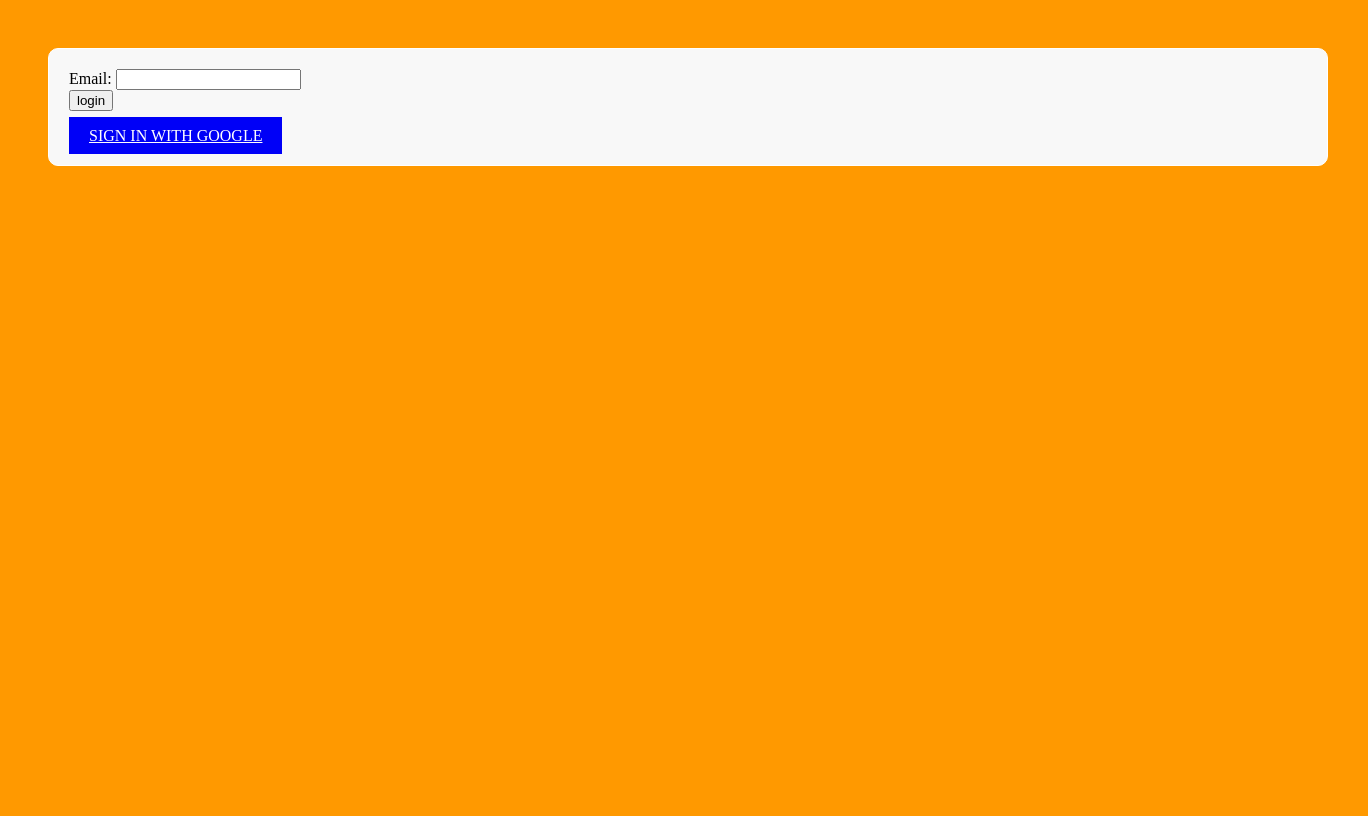
Repository: TharanyaM/Adaptavant--project
Page: Project/war/index.html
An editor plug-in stored every save of this project. The page is shown before and after the next save, followed by the edit.
The browser window is 1280 px wide. The page is 1368 px wide, so the pictures cover 1368 px, including what lies to the right of the window. The pictures show the whole page.

Above is the page before, as saved 2015-10-23 20:56:11.

### Project/war/index.html
<!DOCTYPE HTML PUBLIC "-//W3C//DTD HTML 4.01 Transitional//EN">
<!-- The HTML 4.01 Transitional DOCTYPE declaration-->
<!-- above set at the top of the file will set     -->
<!-- the browser's rendering engine into           -->
<!-- "Quirks Mode". Replacing this declaration     -->
<!-- with a "Standards Mode" doctype is supported, -->
<!-- but may lead to some differences in layout.   -->

<html>
  <head>
    <meta http-equiv="content-type" content="text/html; charset=UTF-8">
    <link href="style/style.css" rel="stylesheet">
    <title>Hello</title>
  </head>

  <body>
   <body>
   <div class="login-container">
		<form action="pro" method="post" name="form1">
			<label>Email:</label>
			 <input name="email" id="email" type="text"> <br>

			 <input type="submit" value="login">
		</form>
		<a href="oaut.jsp" class="signin">SIGN IN WITH GOOGLE</a>
	</div>
</body>
  </body>
</html>

### Project/war/style/style.css
@CHARSET "ISO-8859-1";

body {
	padding:40px;
	width:100%;
	height:100%;
	background-color:#F90;
}

div.login-container {
	background-color:#f8f8f8;
	border:thin #fff solid;
	border-radius:10px;
	color:#000;
	padding:20px;
}

div.login-container a.signin
{
	padding:10px;
	padding-left:20px;
	padding-right:20px;
	color:#fff;
	background-color:#0000f7;
}

After the next save:
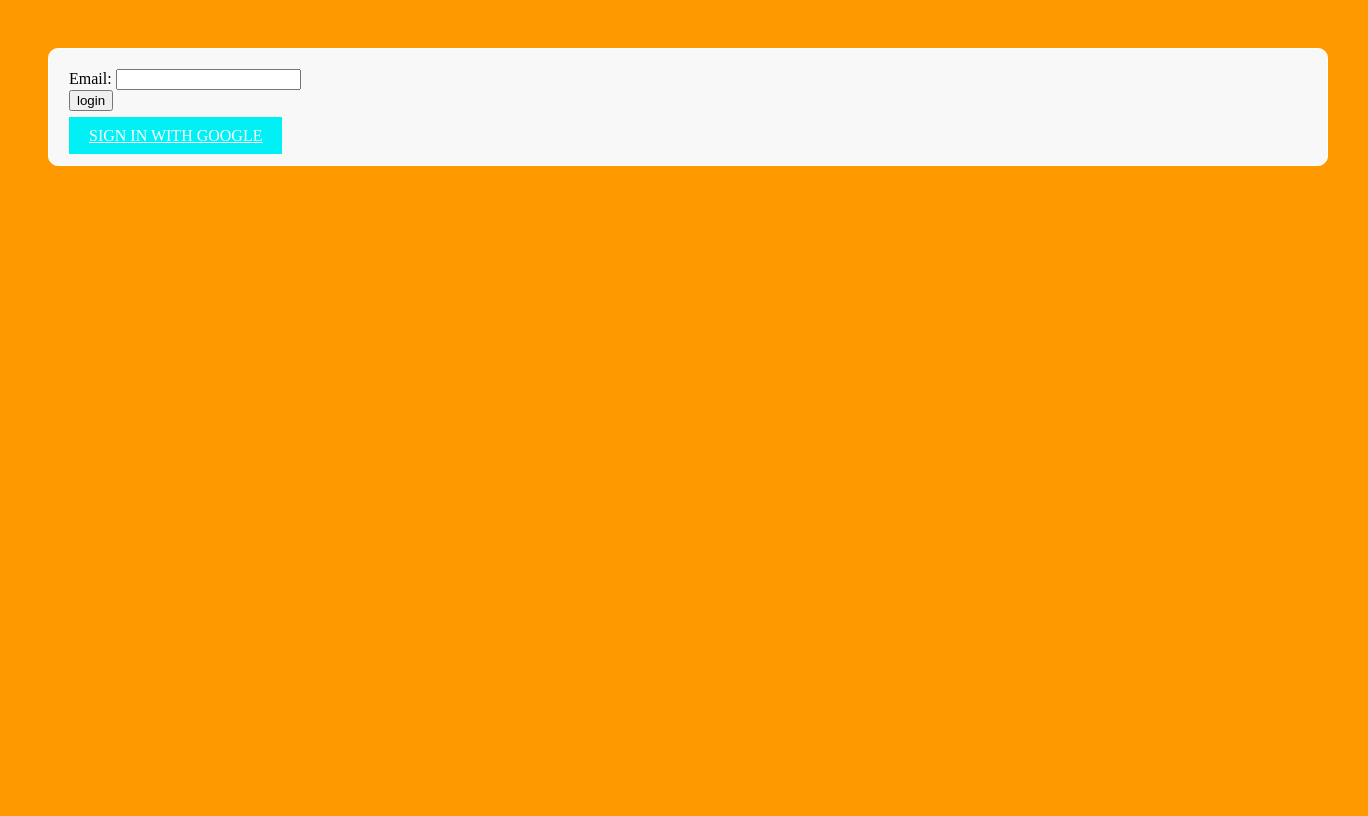
Saved 35 s later.
--- a/Project/war/style/style.css
+++ b/Project/war/style/style.css
@@ -21,5 +21,5 @@ div.login-container a.signin
 	padding-left:20px;
 	padding-right:20px;
 	color:#fff;
-	background-color:#0000f7;
+	background-color:#00f0f6;
 }
